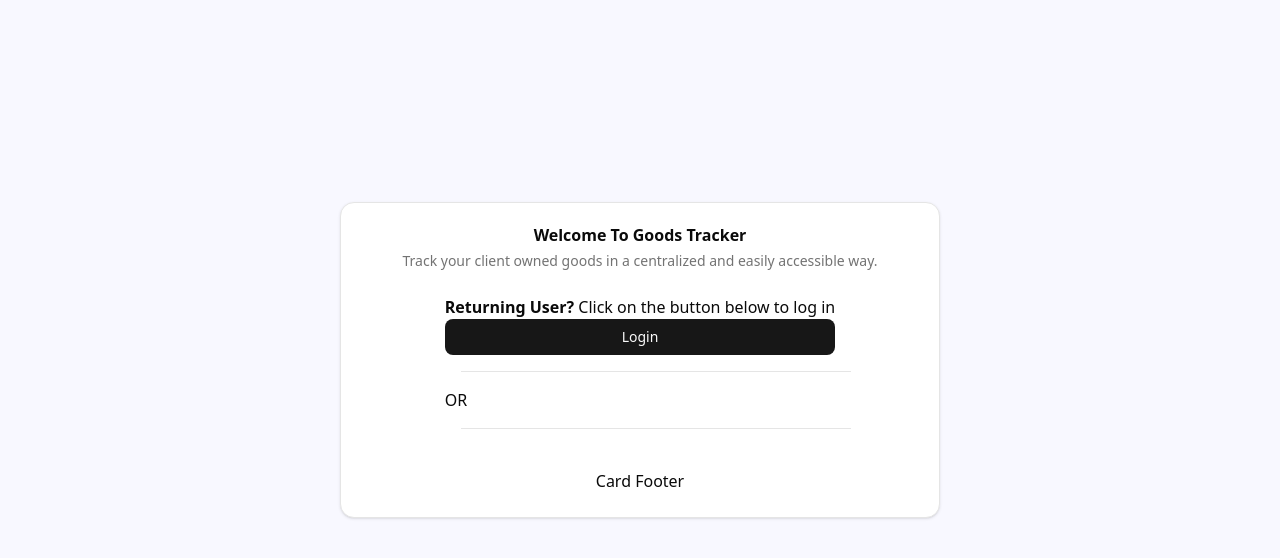
Repository: Renzo-Salosagcol/cog_tracker
Page: /
An editor plug-in stored every save of this project. The page is shown before and after the next save, followed by the edit.
The browser window is 1280 px wide. The pictures show the whole page.
The project was rebuilt for these pictures with package versions that can differ from the ones it lists, and the page was loaded fresh each time. The framework's server and built-in components were replaced by stand-ins that run in the browser. Also part of the build but not shown: next.config.ts.

Above is the page before, as saved 2025-12-17 14:26:16.

After the next save:
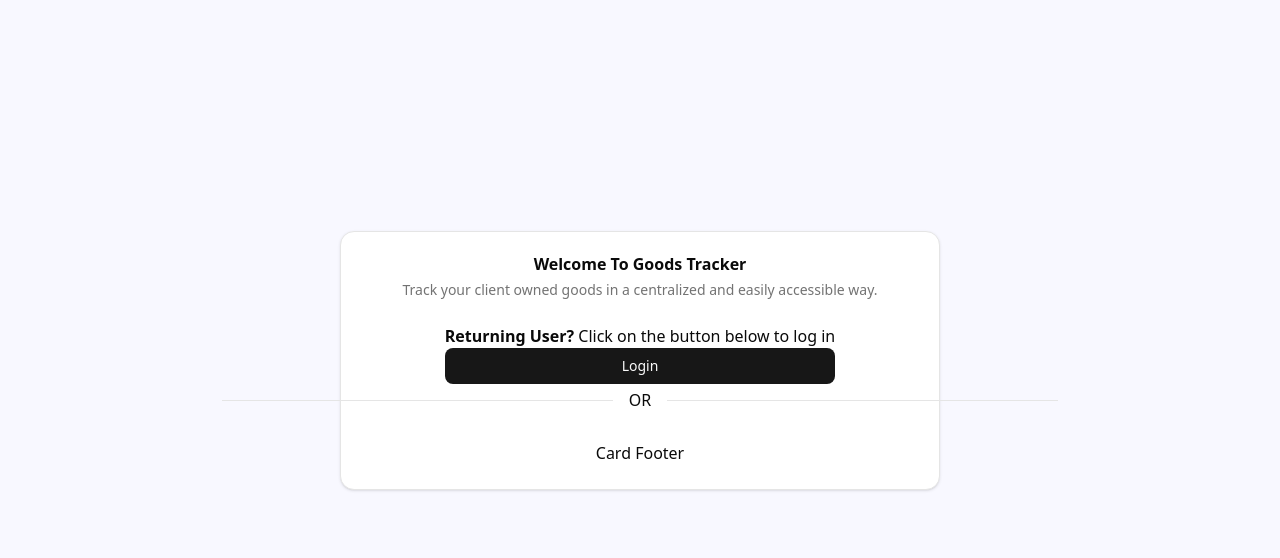
Saved 20 s later.
--- a/app/page.tsx
+++ b/app/page.tsx
@@ -32,7 +32,7 @@ export default function Home() {
             w-full">
             Login
           </Button>
-          <div>
+          <div className="w-full flex flex-rows items-center justify-center">
             <Separator className="m-4" />
             OR
             <Separator className="m-4" />
